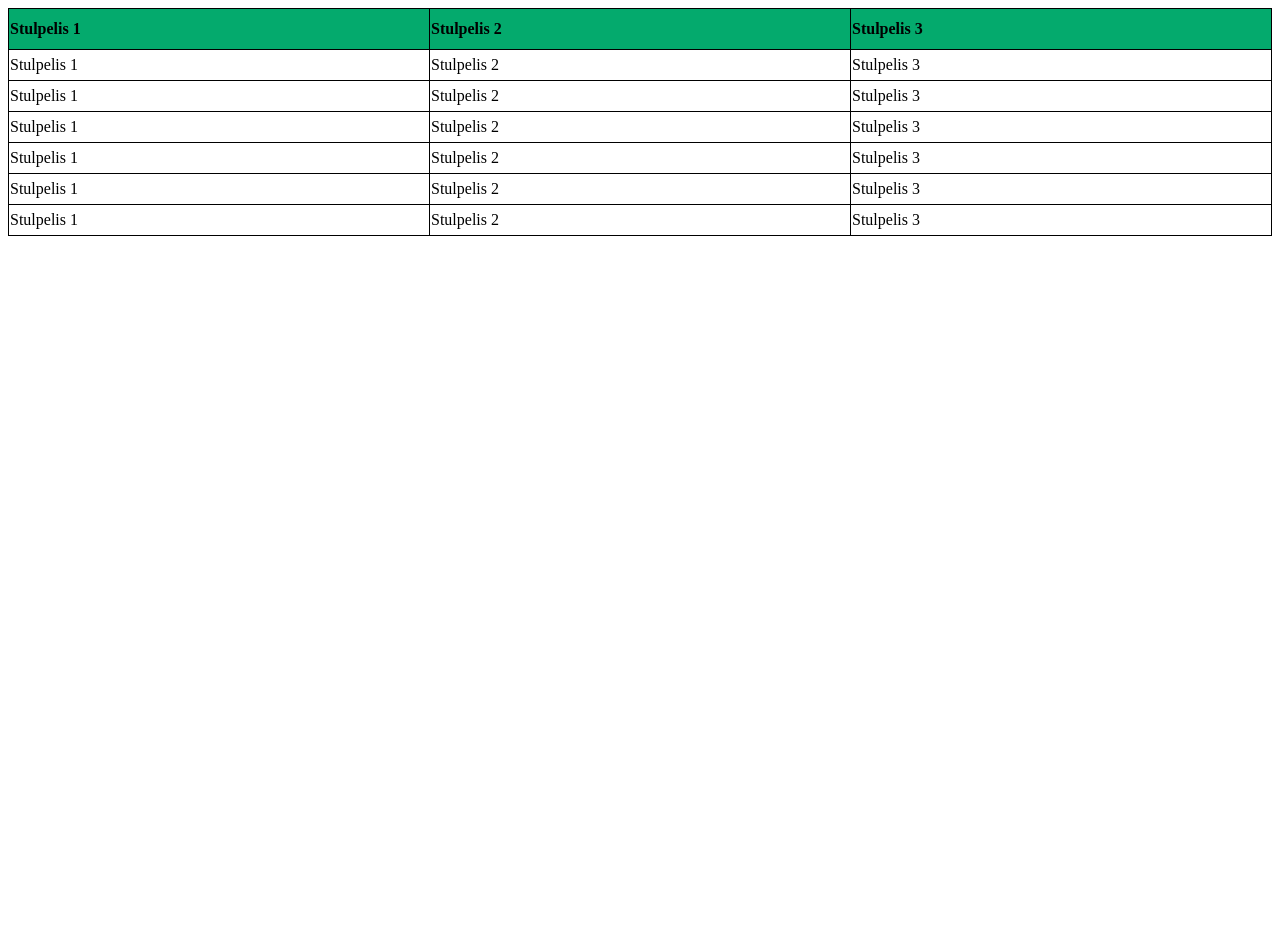
Repository: motiejus1/10-paskaita-05.31
Page: index.html
The author's editor kept a copy of each file at every save. The page is drawn from the files as they stood at one save, then again after a run of saves.
The browser window is 1280 px wide. The pictures show the part of the page from y = 0 to 952 px (the page is 3244 px tall before and 3220 px after).
Backgrounds fixed to the window are drawn as part of the page.

Above is the page before, as saved 2021-06-16 19:56:26.

After the next 2 saves:
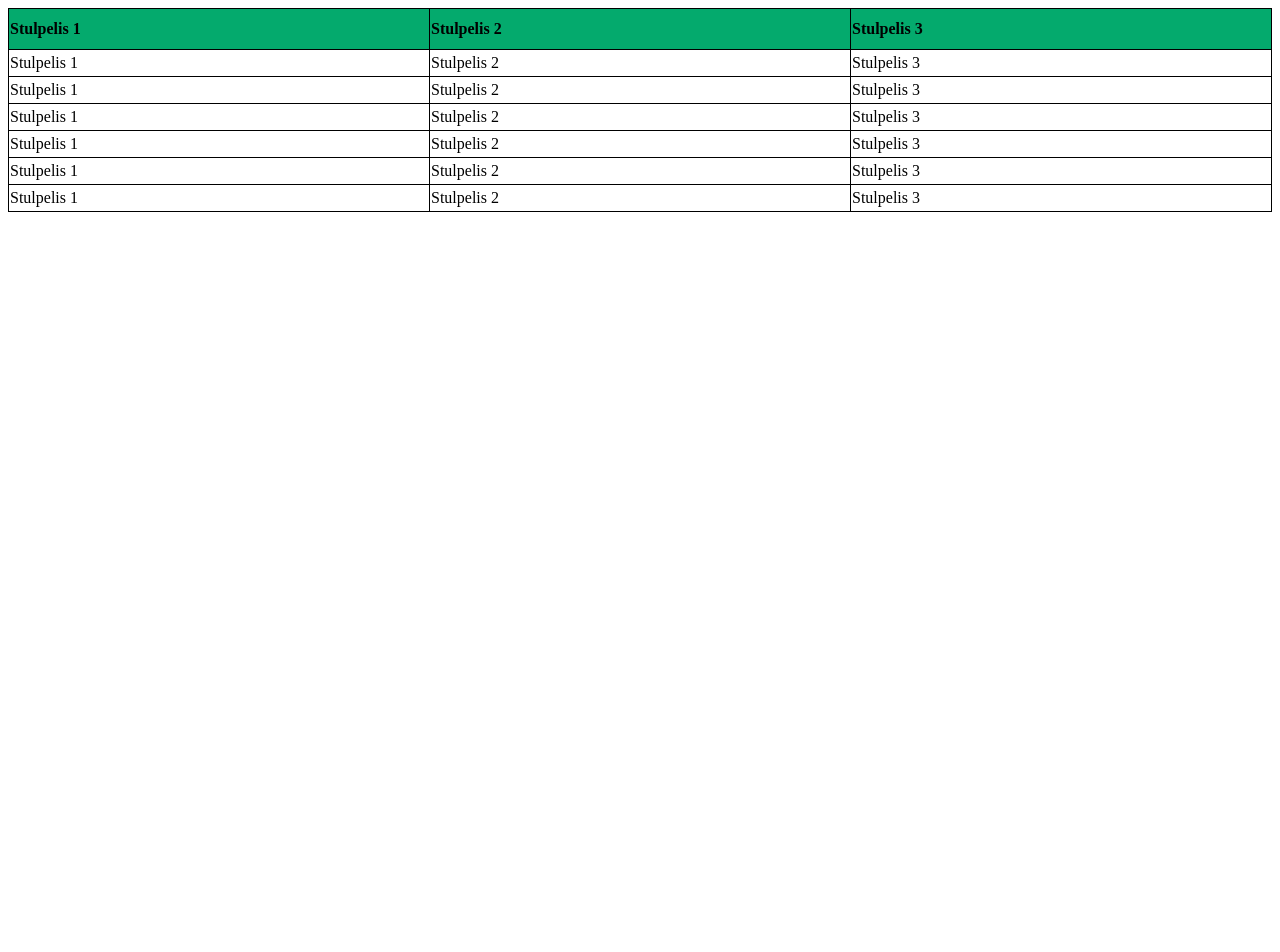
The 2 saves are shown as one change because they came seconds apart.
The last was saved 12 s later.
--- a/index.html
+++ b/index.html
@@ -71,8 +71,8 @@
         }
 
         td {
-            padding-top: 6px;
-            padding-bottom: 6px;
+            padding-top: 4px;
+            padding-bottom: 4px;
         }
     </style>
 </head>
